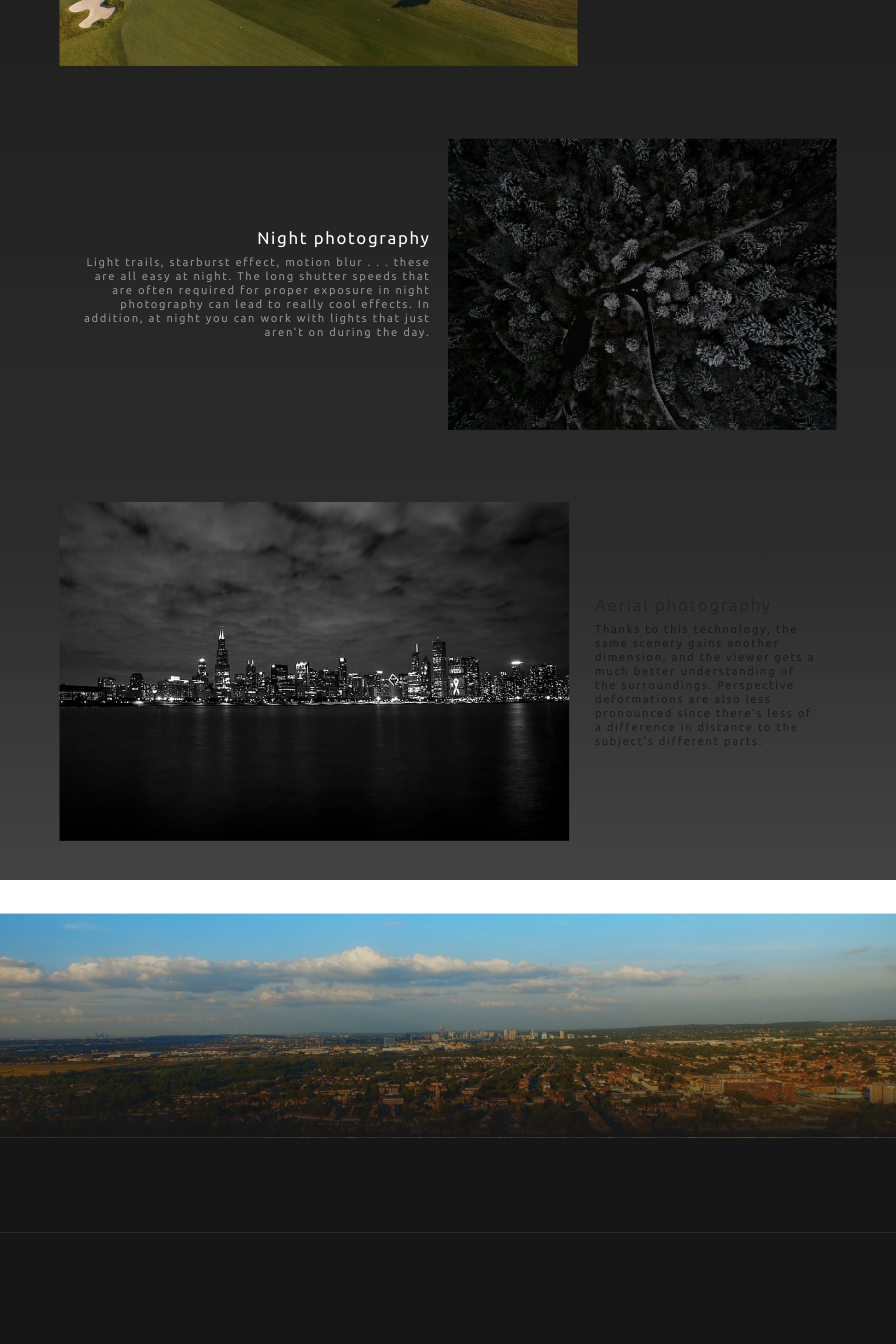
Repository: geoeskel/UCFD-Milestone-Project
Page: index.html
The author's editor kept a record of every edit. The page is drawn from the files as they stood at one moment, then again after the next edit.
The browser window is 1280 px wide. The pictures show the part of the page from y = 2383 to 4303 px (the page is 4303 px tall), at 70% of full size.
A picture or video elsewhere on the page could not be fetched, so the positions and the page height are approximate. Some web libraries are served in a nearby version.

Above is the page before.

### index.html
<!DOCTYPE html>
<html lang="en">

<head>
  <meta charset="utf-8">
  <meta name="viewport" content="width=device-width, initial-scale=1, shrink-to-fit=no">
  <title>TG Airview - Aerial Photography</title>
  <link href="css/bootstrap.min.css" rel="stylesheet">
  <link rel="stylesheet" href="https://use.fontawesome.com/releases/v5.1.1/css/all.css" integrity="sha384-O8whS3fhG2OnA5Kas0Y9l3cfpmYjapjI0E4theH4iuMD+pLhbf6JI0jIMfYcK3yZ" crossorigin="anonymous">
  <link href="https://fonts.googleapis.com/css?family=Ubuntu|Varela+Round&display=swap" rel="stylesheet">
  <link href="css/style.css" rel="stylesheet">
</head>

<body id="page-top">

  <!--------------------Navigation-------------------->
  <nav class="navbar navbar-expand-lg navbar-light fixed-top" id="mainNav">
    <div class="container">
      <a class="navbar-brand js-scroll-trigger" href="#page-top">Home</a>
      <button class="navbar-toggler navbar-toggler-right" type="button" data-toggle="collapse" data-target="#navbarResponsive" aria-controls="navbarResponsive" aria-expanded="false" aria-label="Toggle navigation">
        Menu
        <i class="fas fa-bars"></i>
      </button>
      <div class="collapse navbar-collapse" id="navbarResponsive">
        <ul class="navbar-nav ml-auto">
          <li class="nav-item">
            <a class="nav-link js-scroll-trigger" href="#about">About</a>
          </li>
          <li class="nav-item">
            <a class="nav-link js-scroll-trigger" href="#services">Services</a>
          </li>
          <li class="nav-item">
            <a class="nav-link js-scroll-trigger" href="#signup">Contact</a>
          </li>
        </ul>
      </div>
    </div>
  </nav>


  <!--------------------Header-------------------->
  <header class="head-main">
    <div class="overlay"></div>
    <video playsinline="playsinline" autoplay="autoplay" muted="muted" loop="loop">
    <source src="vids/header.mp4" type="video/mp4">
  </video>
    <div class="container h-100">
      <div class="d-flex h-100 text-center align-items-center">
        <div class="w-100 text-white">
          <h1 class="display-3">TG Airview</h1>
          <h2 class="text-white-50 mx-auto mt-2 mb-5">Aerial Photography</h2>
          <a href="#about" class="btn btn-primary js-scroll-trigger">Let's Fly!</a>
        </div>
      </div>
    </div>

  </header>

  <!--------------------About-------------------->
  <section id="about" class="about-section text-center">
    <div class="container">
      <div class="row">
        <div class="col-lg-8 mx-auto">
          <h2 class="text-white mb-4">Our love for flying comes shining through!</h2>
          <p class="text-white-50">We currently work with the world's leading drone company
            <a href="https://www.dji.com/" target="_blank">DJI.</a> We combine their best technology and our design to make our every project special - not just for us but especially for you!</p>
        </div>
      </div>
      <img src="img/about.png" class="img-fluid" alt="">

    </div>
  </section>

  <!--------------------Services-------------------->
  <section id="services" class="about-section bg-light">
    <div class="container">

      <div class="row align-items-center no-gutters mb-4 mb-lg-5">
        <div class="col-xl-8 col-lg-7">
          <img class="img-fluid mb-3 mb-lg-0" src="img/project-02.jpg" alt="">
        </div>
        <div class="col-xl-4 col-lg-5">
          <div class="featured-text text-center text-lg-left">
            <div class="first-service">
              <h4 class="text-white">Aerial photography</h4>
              <p class="text-white-50 mb-0">So what makes aerial photography so darn good? A great many things. It allows for a new – and extremely different – angle of shooting. There’s a huge difference in the angle of view when shooting from the ground, or even from
                a mountaintop, and when shooting from hundreds of meters above the landscape.</p>
            </div>
          </div>
        </div>
      </div>

      <div class="row justify-content-center no-gutters mb-4 mb-lg-5">
        <div class="col-lg-6">
          <img class="img-fluid mb-3 mb-lg-0" src="img/project-03.jpg" alt="">
        </div>
        <div class="col-lg-6 order-lg-first">
          <div class="text-center h-100 project">
            <div class="d-flex h-100">
              <div class="project-text w-100 my-auto text-center text-lg-right">
                <div class="first-service">
                  <h4 class="text-white">Night photography</h4>
                  <p class="mb-0 text-white-50">Light trails, starburst effect, motion blur . . . these are all easy at night. The long shutter speeds that are often required for proper exposure in night photography can lead to really cool effects. In addition, at night you can work
                    with lights that just aren’t on during the day.</p>
                </div>

              </div>
            </div>
          </div>
        </div>
      </div>

      <div class="row align-items-center no-gutters mb-4 mb-lg-5">
        <div class="col-xl-8 col-lg-7">
          <img class="img-fluid mb-3 mb-lg-0" src="img/project-01.jpg" alt="">
        </div>
        <div class="col-xl-4 col-lg-5">
          <div class="featured-text text-center text-lg-left">
            <div class="first-service">
              <h4>Aerial photography</h4>
              <p class="text-black-50 mb-0">Thanks to this technology, the same scenery gains another dimension, and the viewer gets a much better understanding of the surroundings. Perspective deformations are also less pronounced since there’s less of a difference in distance to
                the subject’s different parts.</p>
            </div>
          </div>
        </div>
      </div>

    </div>
  </section>


  <!--------------------Contact-------------------->
  <section id="signup" class="signup-section">
    <div class="container">

    </div>
  </section>


  <section class="contact-section bg-black">
    <div class="container">

      <div class="row">

        <div class="col-md-4 mb-3 mb-md-0">

        </div>

        <div class="col-md-4 mb-3 mb-md-0">

        </div>

        <div class="col-md-4 mb-3 mb-md-0">

        </div>

      </div>



    </div>
  </section>

  <!--------------------Footer-------------------->
  <footer class="bg-black small text-center text-white-50">
    <div class="container">

    </div>
  </footer>

  <script src="libraries/jquery.min.js"></script>
  <script src="libraries/bootstrap.bundle.min.js"></script>
  <script src="libraries/jquery.easing.min.js"></script>
  <script src="libraries/tgairview.min.js"></script>

</body>

</html>

### css/style.css
/* --------------------BODY-------------------- */

body {
  font-family: 'Varela+Round', sans-serif;
  letter-spacing: 0.0625em;
}

a {
  color: #4d4d4d;
}

a:focus,
a:hover {
  text-decoration: none;
  color: #4d4d4d;
}

.bg-black {
  background-color: #161616 !important;
}

.bg-primary {
  background-color: #4d4d4d !important;
}

.text-primary {
  color: #4d4d4d !important;
}

/* --------------------NAVBAR-------------------- */

#mainNav {
  min-height: 40px;
  background-color: #fff;
}

#mainNav .navbar-toggler {
  font-size: 80%;
  padding: 0.75rem;
  color: #404040;
  border: 1px solid #404040;
}

#mainNav .navbar-toggler:focus {
  outline: none;
}

#mainNav .navbar-brand {
  color: #161616;
  font-weight: 600;
  padding: .7rem 0;
}

#mainNav .navbar-nav .nav-item:hover {
  color: fade(white, 75%);
  outline: none;
  background-color: transparent;
}

#mainNav .navbar-nav .nav-item:active,
#mainNav .navbar-nav .nav-item:focus {
  outline: none;
  background-color: transparent;
}

@media (min-width: 992px) {
  #mainNav {
    padding-top: 0;
    padding-bottom: 0;
    border-bottom: none;
    background-color: transparent;
    transition: background-color 0.35s ease-in-out;
  }
  #mainNav .navbar-brand {
    padding: .5rem 0;
    color: rgba(255, 255, 255, 0.5);
  }
  #mainNav .nav-link {
    transition: none;
    padding: 2rem 1.5rem;
    color: rgba(255, 255, 255, 0.5);
  }
  #mainNav .nav-link:hover {
    color: rgba(255, 255, 255, 0.75);
  }
  #mainNav .nav-link:active {
    color: white;
  }
  #mainNav.navbar-shrink {
    background-color: #ffffff;
  }
  #mainNav.navbar-shrink .navbar-brand {
    color: #161616;
  }
  #mainNav.navbar-shrink .nav-link {
    color: #161616;
    padding: 1.5rem 1.5rem 1.25rem;
    border-bottom: 0.25rem solid transparent;
  }
  #mainNav.navbar-shrink .nav-link:hover {
    color: #161616;
  }
  #mainNav.navbar-shrink .nav-link:active {
    color: #666666;
  }
  #mainNav.navbar-shrink .nav-link.active {
    color: #161616;
    outline: none;
    border-bottom: 0.25rem solid #161616;
  }
}

/* --------------------HEADER-------------------- */

header {
  position: relative;
  background-color: black;
  height: 100vh;
  min-height: 25rem;
  width: 100%;
  overflow: hidden;
}

header video {
  position: absolute;
  top: 50%;
  left: 50%;
  min-width: 100%;
  min-height: 100%;
  width: auto;
  height: auto;
  z-index: 0;
  -ms-transform: translateX(-50%) translateY(-50%);
  -moz-transform: translateX(-50%) translateY(-50%);
  -webkit-transform: translateX(-50%) translateY(-50%);
  transform: translateX(-50%) translateY(-50%);
}

header .container {
  position: relative;
  z-index: 2;
}

header .overlay {
  position: absolute;
  top: 0;
  left: 0;
  height: 100%;
  width: 100%;
  background-color: black;
  opacity: 0.5;
  z-index: 1;
}

.container {
  font-family: 'Ubuntu', sans-serif;
  font-size: 20px;
  line-height: 20px;
  letter-spacing: 0.4rem;

}

.head-main {
  position: relative;
  width: 100%;
  height: auto;
  min-height: 35rem;
  padding: 15rem 0;
  background: linear-gradient(to bottom, rgba(22, 22, 22, 0.3) 0%, rgba(22, 22, 22, 0.7) 75%, #161616 100%), url("../img/bg-head-main.jpg");
  background-position: center;
  background-repeat: no-repeat;
  background-attachment: scroll;
  background-size: cover;
}

.head-main h1 {
  font-family: 'Ubuntu', sans-serif;
  font-size: 2.5rem;
  line-height: 2.5rem;
  letter-spacing: 0.8rem;
  background: -webkit-linear-gradient(rgba(255, 255, 255, 0.7), rgba(255, 255, 255, 0));
  -webkit-text-fill-color: transparent;
  -webkit-background-clip: text;
}

.head-main h2 {
  max-width: 20rem;
  font-size: 1rem;
}

@media (min-width: 768px) {
  .head-main h1 {
    font-size: 4rem;
    line-height: 7rem;
    }
}

@media (min-width: 992px) {
  .head-main {
    height: 100vh;
    padding: 0;
  }
  .head-main h1 {
    font-size: 6.5rem;
    line-height: 6.5rem;
    letter-spacing: 0.8rem;
  }
  .head-main h2 {
    max-width: 30rem;
    font-size: 1.25rem;
  }
}

.btn {
  box-shadow: 0 0.2rem 0.2rem 0 rgba(0, 0, 0, 0.1);
  padding: 0.75rem 1.5rem;
  font-family: 'Varela Round', sans-serif;
  font-size: 80%;
  text-transform: uppercase;
  letter-spacing: .15rem;
  border: 0;
}

.btn-primary {
  background-color: Transparent;
}

.btn-primary:hover {
  background-color: #7f7f7f;
}

.btn-primary:focus {
  background-color: #1a1a1a;
  color: white;
}

.btn-primary:active {
  background-color: #B8B8B8;
}

/* --------------------ABOUT-------------------- */

.about-section {
  padding-top: 10rem;
  background: linear-gradient(to bottom, #161616 0%, rgba(22, 22, 22, 0.9) 75%, rgba(22, 22, 22, 0.8) 100%);
  font-size: 10px;
}

.about-section p {
  margin-bottom: 5rem;
}

.row {
  height: auto;
  font-size: 80%;
  letter-spacing: 0.15rem;
  border: 0;
  padding-bottom: 5%;
}

/* --------------------SERVICES-------------------- */

.first-service {
  padding-left: 25px;
  padding-right: 25px;
}

.services-section {
  padding: 10rem 0;
}

.services-section .featured-text {
  padding: 2rem;
}

@media (min-width: 992px) {
  .services-section .featured-text {
    padding: 0 0 0 2rem;
    border-left: 0.5rem solid #161616;
  }
}

.services-section .project-text {
  padding: 3rem;
  font-size: 90%;
}

@media (min-width: 992px) {
  .services-section .project-text {
    padding: 5rem;
  }
}

/* --------------------CONTACT-------------------- */


.signup-section {
  padding: 10rem 0;
  background: linear-gradient(to bottom, rgba(22, 22, 22, 0.1) 0%, rgba(22, 22, 22, 0.5) 75%, #161616 100%), url("../img/bg-signup.jpg");
  background-position: center;
  background-repeat: no-repeat;
  background-attachment: scroll;
  background-size: cover;
}

.signup-section .form-inline input {
  box-shadow: 0 0.1875rem 0.1875rem 0 rgba(0, 0, 0, 0.1);
  padding: 1.25rem 2rem;
  height: auto;
  font-family: 'Varela+Round', sans-serif;
  font-size: 80%;
  text-transform: uppercase;
  letter-spacing: 0.15rem;
  border: 0;
}

.contact-section {
  padding: 5rem 0 0;
}

.contact-section .card {
  border: 0;
  border-bottom: 0.25rem solid #161616;
}

.contact-section .card h4 {
  font-size: 0.8rem;
  font-family: 'Varela+Round', sans-serif;
  text-transform: uppercase;
  letter-spacing: 0.15rem;
}

.contact-section .card hr {
  border-color: #161616;
  border-width: 0.25rem;
  width: 3rem;
}

.contact-section .social {
  margin-top: 5rem;
}

.contact-section .social a {
  text-align: center;
  height: 3rem;
  width: 3rem;
  background: rgba(255, 255, 255, 0.1);
  border-radius: 100%;
  line-height: 3rem;
  color: rgba(255, 255, 255, 0.3);
}

.contact-section .social a:hover {
  color: rgba(255, 255, 255, 0.5);
}

.contact-section .social a:active {
  color: #ffffff;
}

/* --------------------FOOTER-------------------- */

footer {
  padding: 5rem 0;
}

Loaded but not shown: css/bootstrap.min.css (library); libraries/jquery.min.js (library); libraries/bootstrap.bundle.min.js (library); libraries/jquery.easing.min.js (common file); libraries/tgairview.min.js (common file)

After the next edit:
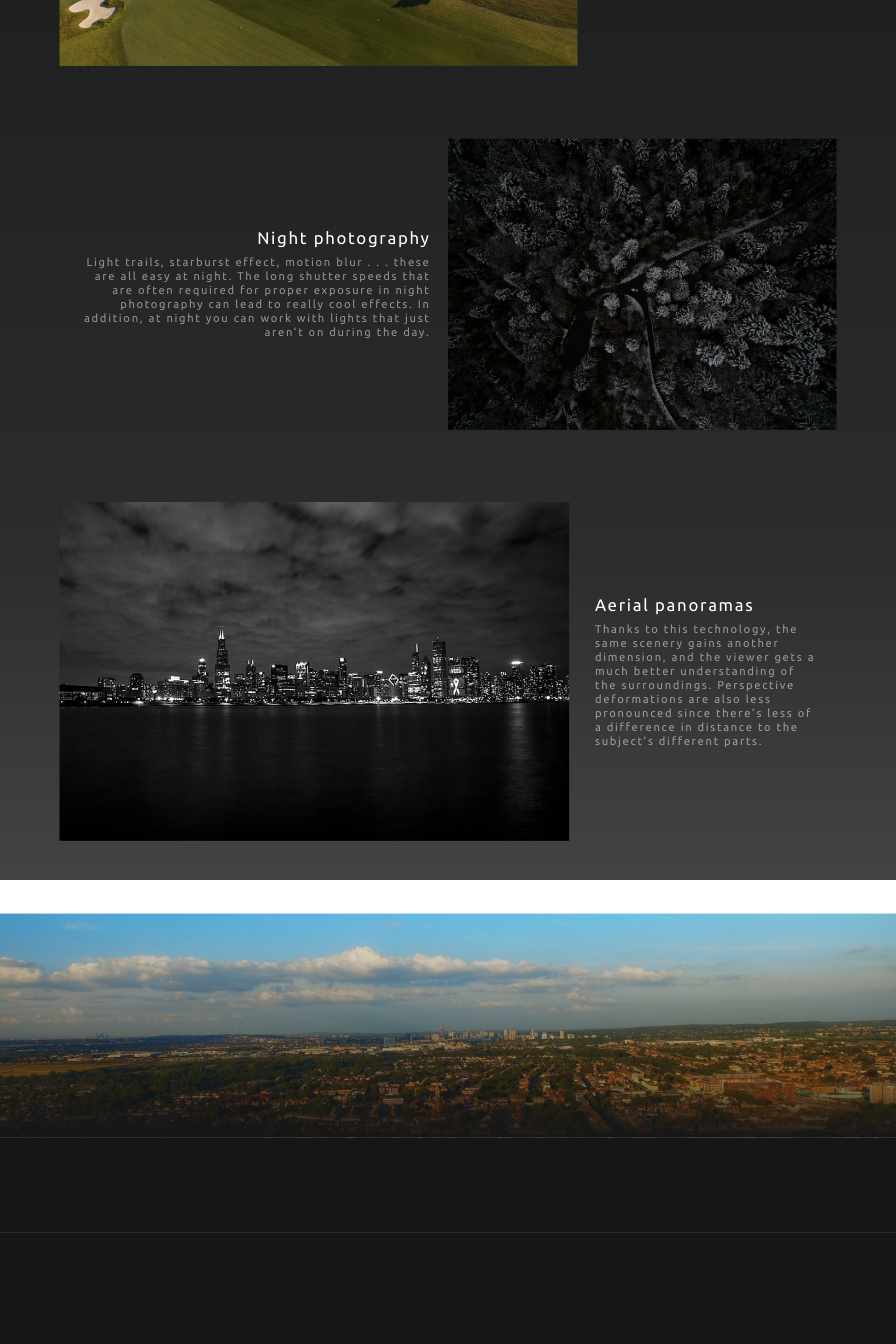
The edit:
--- a/index.html
+++ b/index.html
@@ -117,8 +117,8 @@
         <div class="col-xl-4 col-lg-5">
           <div class="featured-text text-center text-lg-left">
             <div class="first-service">
-              <h4>Aerial photography</h4>
-              <p class="text-black-50 mb-0">Thanks to this technology, the same scenery gains another dimension, and the viewer gets a much better understanding of the surroundings. Perspective deformations are also less pronounced since there’s less of a difference in distance to
+              <h4 class="text-white">Aerial panoramas</h4>
+              <p class="text-white-50 mb-0">Thanks to this technology, the same scenery gains another dimension, and the viewer gets a much better understanding of the surroundings. Perspective deformations are also less pronounced since there’s less of a difference in distance to
                 the subject’s different parts.</p>
             </div>
           </div>
